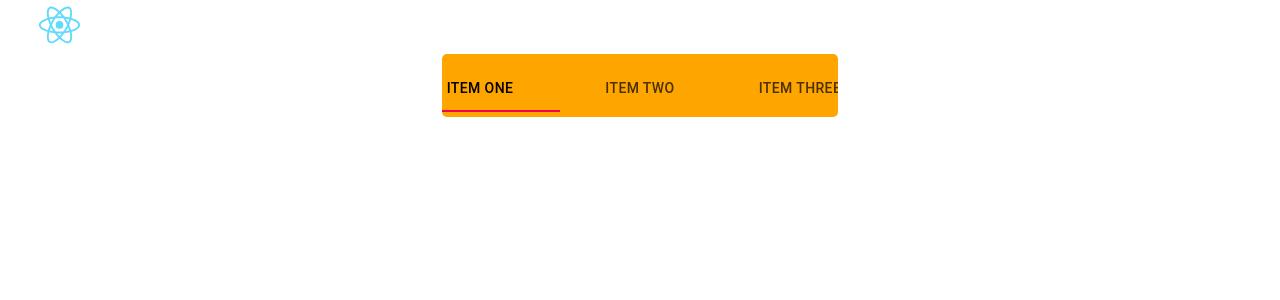
Repository: gatomazi/hostgatorFrontend
Page: /
The author's editor kept a copy of each file at every save. The page is drawn from the files as they stood at one save, then again after a run of saves.
The browser window is 1280 px wide. The pictures show the whole page.
The project was rebuilt for these pictures with package versions that can differ from the ones it lists, and the page was loaded fresh each time. Also part of the build but not shown: src/components/PlanoCard.scss, src/components/PlanoCard.js.

Above is the page before, as saved 2020-01-24 12:07:59.

After the next 2 saves:
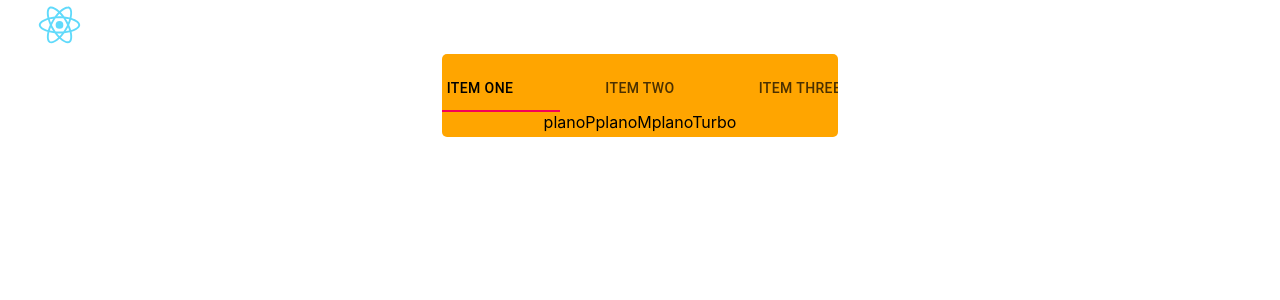
The 2 saves are shown as one change because they came seconds apart.
The last was saved 9 s later.
--- a/src/components/Plano.js
+++ b/src/components/Plano.js
@@ -161,7 +161,10 @@
     };
   };
 
-  let plans = Object.keys(mock.shared.products).map((namePlan, index) => {});
+  let plans = Object.keys(mock.shared.products).map((namePlan, index) => {
+    return namePlan;
+  });
+  console.log(plans);
   // <TabPanel value={value} index={index}>
   //   <PlanoCard key={index} planInfo={namePlan} />
   // </TabPanel>

After the 3 saves that followed:
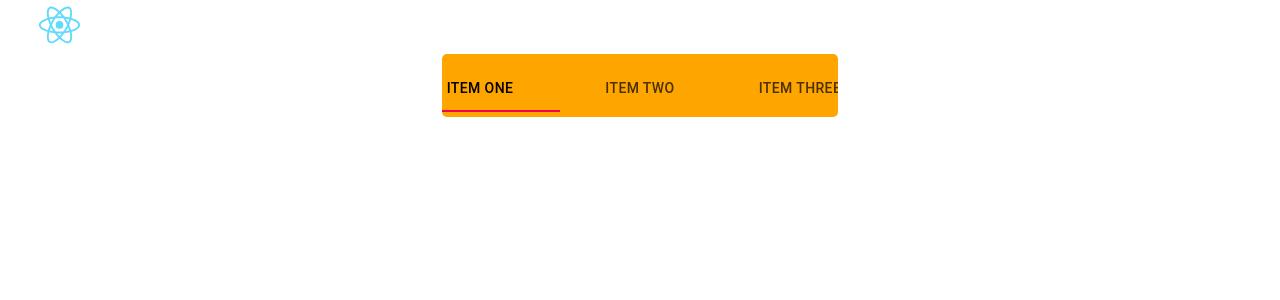
The 3 saves are shown as one change because 2 did not build or start.
The last was saved 2 min 30 s later.
--- a/src/components/Plano.js
+++ b/src/components/Plano.js
@@ -161,13 +161,7 @@
     };
   };
 
-  let plans = Object.keys(mock.shared.products).map((namePlan, index) => {
-    return namePlan;
-  });
-  console.log(plans);
-  // <TabPanel value={value} index={index}>
-  //   <PlanoCard key={index} planInfo={namePlan} />
-  // </TabPanel>
+  let plans = Object.keys(mock.shared.products).map((namePlan, index) => {});
 
   return (
     <div className="root">
